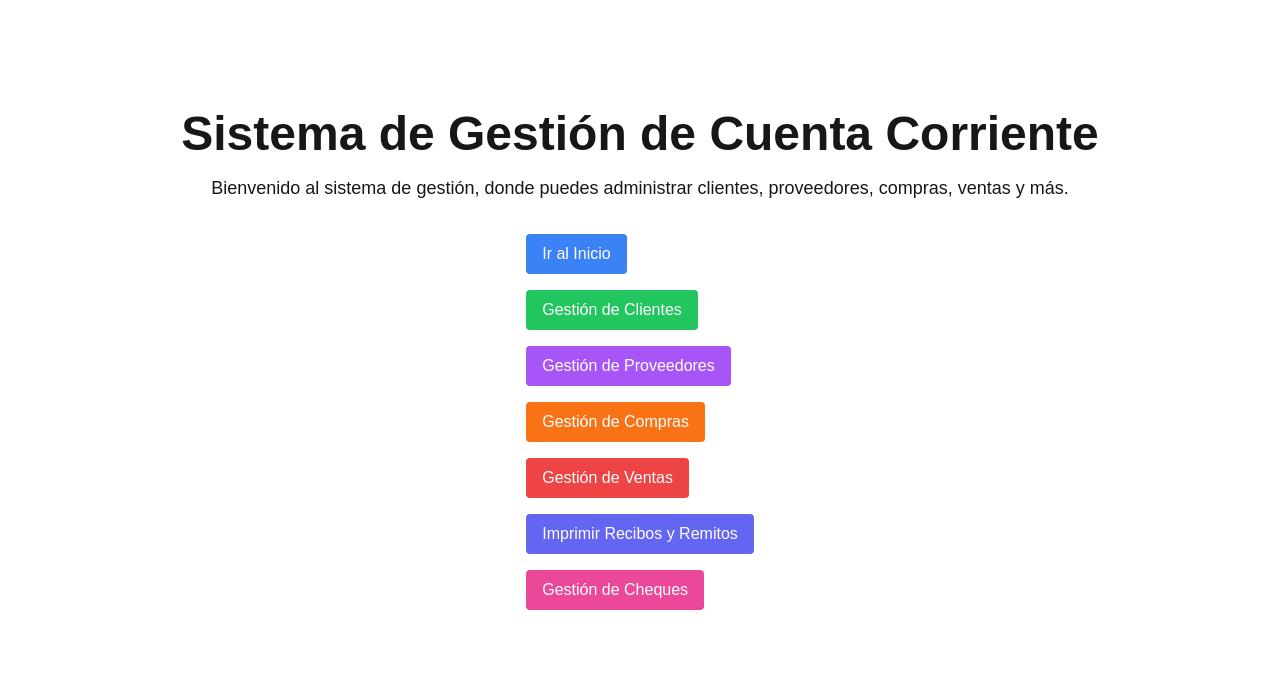
Repository: manucavallera/Sistema-Gestion
Page: /
These files come from the project's save history. The page is drawn as it stood at one moment and after the next save; the edit follows.
The browser window is 1280 px wide. The pictures show the whole page.
The project was rebuilt for these pictures with package versions that can differ from the ones it lists, and the page was loaded fresh each time. The framework's server and built-in components were replaced by stand-ins that run in the browser. Also part of the build but not shown: next.config.mjs.

Above is the page before, as saved 2024-11-20 20:38:59.

After the next save:
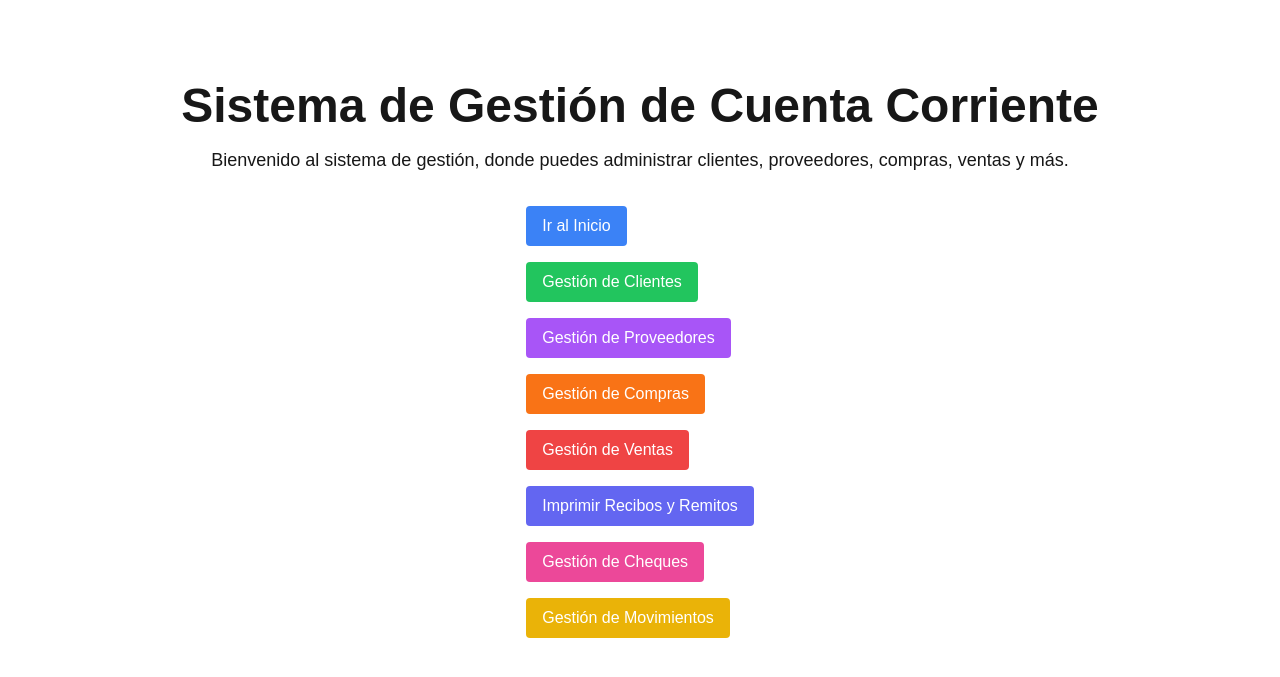
Saved 59 s later.
--- a/src/app/page.tsx
+++ b/src/app/page.tsx
@@ -31,20 +31,24 @@ const links = [
     bgColor: "bg-red-500",
     hoverColor: "hover:bg-red-600",
   },
-
   {
     href: "/imprimir",
     label: "Imprimir Recibos y Remitos",
     bgColor: "bg-indigo-500",
     hoverColor: "hover:bg-indigo-600",
   },
-
   {
     href: "/cheques",
     label: "Gestión de Cheques",
     bgColor: "bg-pink-500",
     hoverColor: "hover:bg-pink-600",
-  }, // Nuevo enlace para cheques
+  },
+  {
+    href: "/movimientos", // Nuevo enlace para movimientos
+    label: "Gestión de Movimientos",
+    bgColor: "bg-yellow-500",
+    hoverColor: "hover:bg-yellow-600",
+  },
 ];
 
 const HomePage = () => {
@@ -61,7 +65,7 @@ const HomePage = () => {
         {links.map((link) => (
           <Link key={link.href} href={link.href}>
             <button
-              className={`px-4 py-2 text-white ${link.bgColor} rounded ${link.hoverColor}`}
+              className={`px-4 py-2 text-white ${link.bgColor} rounded ${link.hoverColor} transition duration-300 ease-in-out`}
             >
               {link.label}
             </button>
